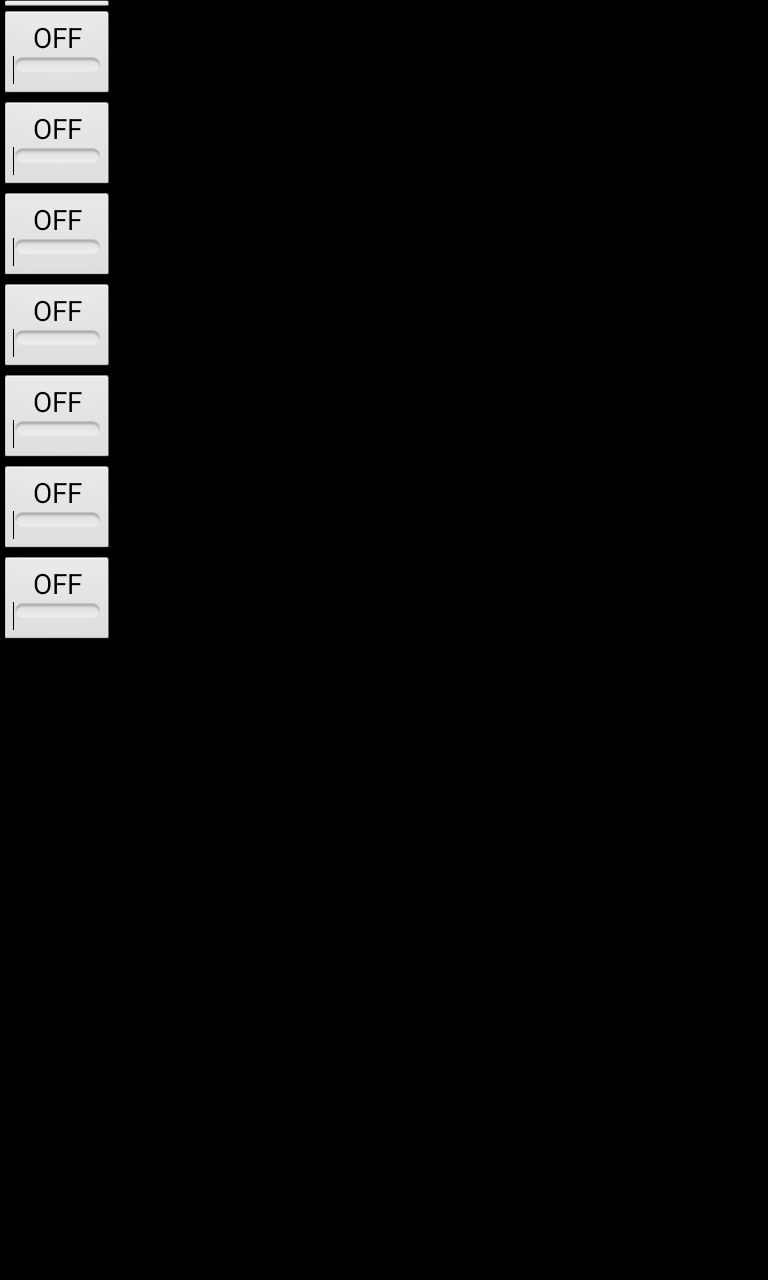
Repository: andrewmacquarrie/BoardTests
Layout: BoardTest/res/layout/main.xml
An editor plug-in stored every save of this project. The layout is shown before and after the next save, followed by the edit.
It is drawn on a 768 x 1280 px phone screen (xhdpi) without system bars, with theme android:Theme; the app's code is not run.

Above is the layout before, as saved 2011-03-29 12:44:56.

After the next save:
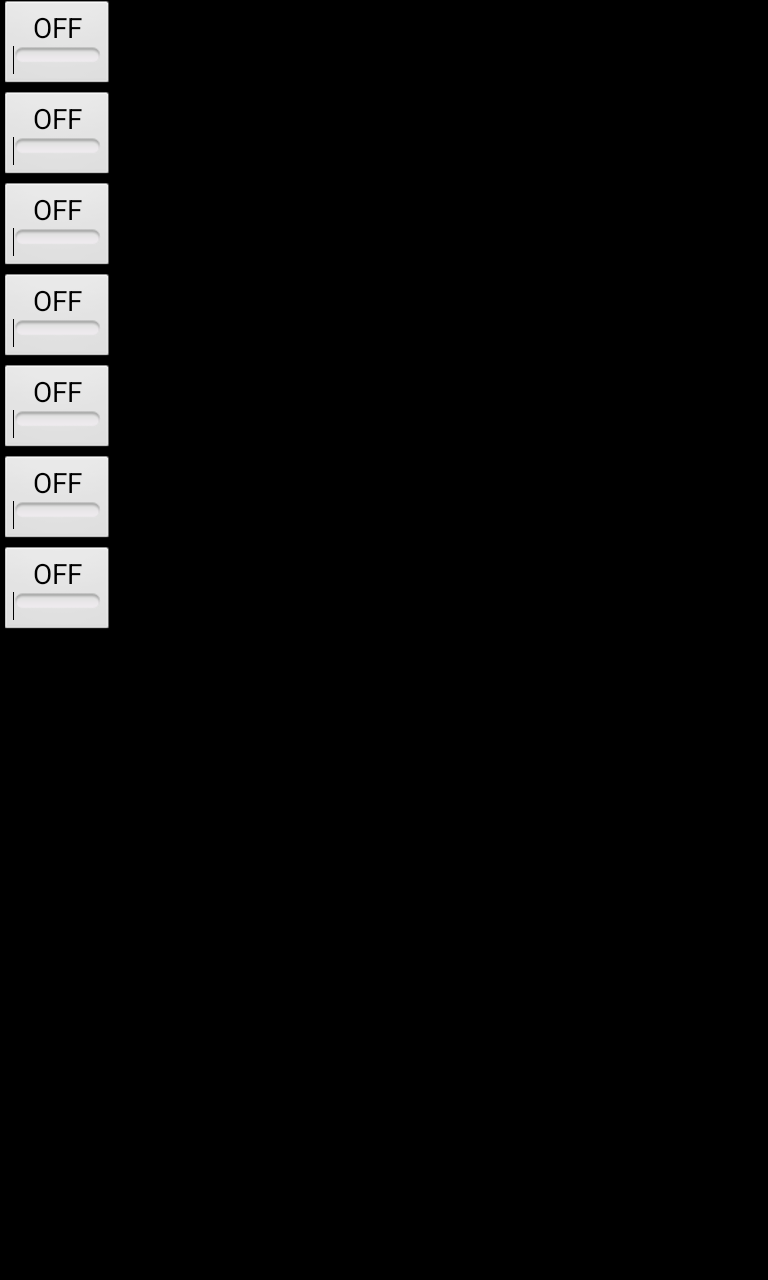
Saved 7 s later.
--- a/BoardTest/res/layout/main.xml
+++ b/BoardTest/res/layout/main.xml
@@ -5,7 +5,7 @@
     android:layout_height="fill_parent"
     >
 <ToggleButton
-     android:layout_height="5"
+     android:height="5"
      android:layout_width="wrap_content"
      android:tag="1"
      android:onClick="toggleOutput" />
